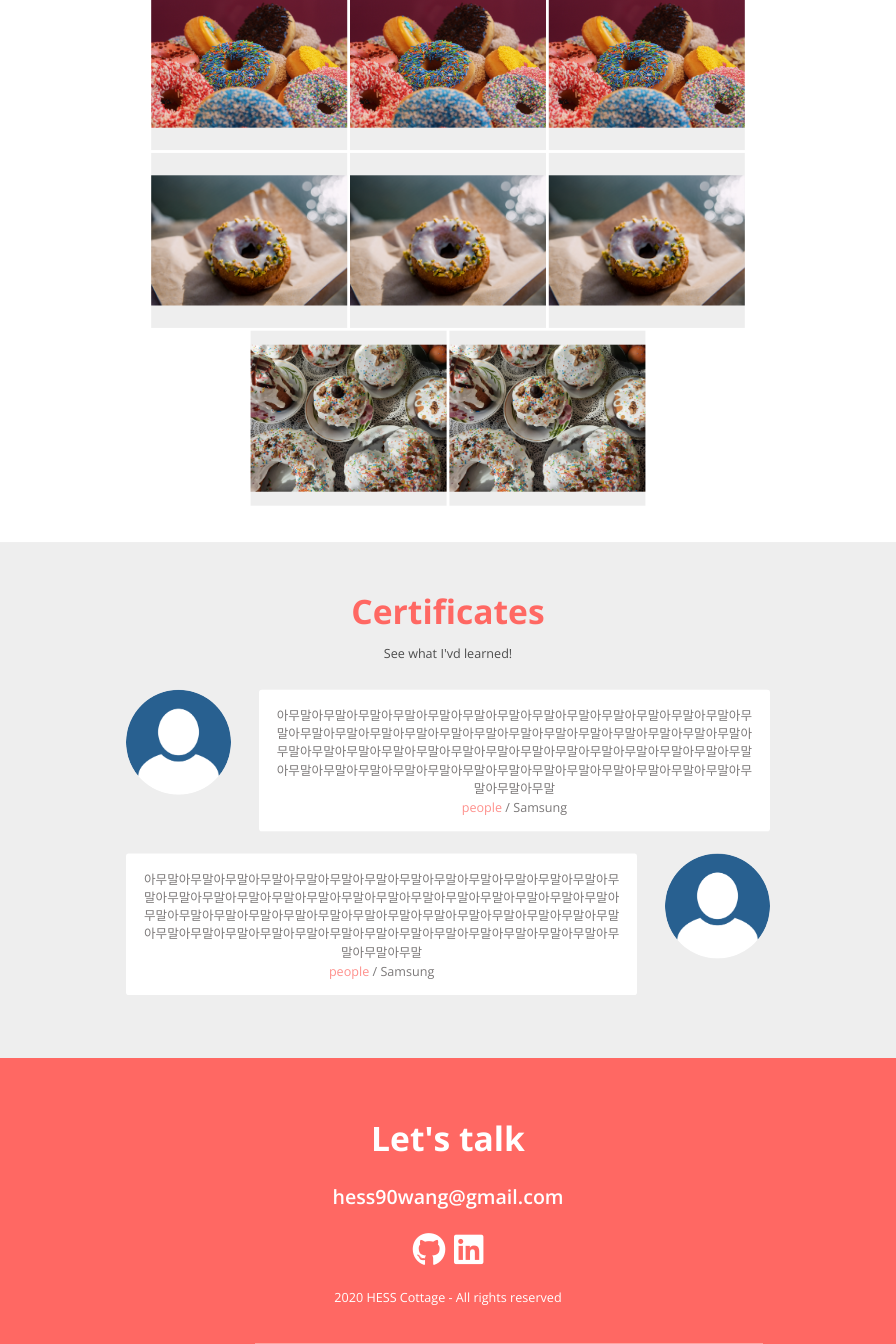
Repository: hesshess/Portfolio
Page: index.html
These files come from the project's save history. The page is drawn as it stood at one moment and after the next save; the edit follows.
The browser window is 1280 px wide. The pictures show the part of the page from y = 2638 to 4558 px (the page is 4558 px tall before and 4454 px after), at 70% of full size.
Some web libraries are served in a nearby version.

Above is the page before, as saved 2022-10-18 12:52:31.

### index.html
<!DOCTYPE html>
<html lang="en">
  <head>
    <meta charset="UTF-8" />
    <meta name="viewport" content="width=device-width, initial-scale=1.0" />
    <title>Hess's Portfolio</title>
    <meta
      name="description"
      content="Portfolio for world-renowed software engineer Hess"
    />
    <meta name="author" content="Hess" />
    <link rel="icon" type="image/png" href="imgs/favicon.png" />
    <script
      src="https://kit.fontawesome.com/1af2041847.js"
      crossorigin="anonymous"
    ></script>
    <link
      href="https://fonts.googleapis.com/css2?family=Amatic+SC:wght@400;700&family=Open+Sans:wght@400;600;700&display=swap"
      rel="stylesheet"
    />
    <link rel="stylesheet" href="style.css" />
    <script src="main.js" defer></script>
  </head>
  <body>
    <!-- Navbar -->
    <nav id="navbar">
      <div class="navbar__logo">
        <i class="fas fa-home"></i>
        <a href="#">Hess</a>
      </div>
      <div class="navbar__menu">
        <ul class="navbar__menu">
          <li class="navbar__menu__item active" data-link="#home">Home</li>
          <li class="navbar__menu__item" data-link="#about">About</li>
          <li class="navbar__menu__item" data-link="#skills">Skills</li>
          <li class="navbar__menu__item" data-link="#work">My Work</li>
          <li class="navbar__menu__item" data-link="#testimonials">
            Testimonial
          </li>
          <li class="navbar__menu__item" data-link="#contact">Contact</li>
        </ul>
      </div>
      <!-- Toggle button -->
      <button class="navbar__toggle-btn">
        <i class="fas fa-bars"></i>
      </button>
    </nav>
    <!-- Home -->
    <section id="home">
      <div class="home__container">
        <img
          src="imgs/profile.JPG"
          alt="Hess's profile Photo"
          class="home__avatar"
        />

        <h1 class="home__title">Hello, <br />I'm Hess</h1>
        <h2 class="home__description">
          A Softerware Engineer currently residing in Newry, Northern Ireland.
        </h2>
        <button class="home__contact" data-link="#contact">Contact Me</button>
      </div>
    </section>

    <!-- About -->

    <section id="about" class="section section__container">
      <h1>About me</h1>
      <p>Enthusiasic Fast Learner who's also interested in Back-end</p>
      <div class="about__majors">
        <div class="major">
          <div class="major__icon">
            <i class="fab fa-html5"></i>
          </div>
          <h2 class="major__title">Front-end</h2>
          <div class="major__description">
            HTML, CSS, JavaScript, TypeScript,<br />React,Vue, Web APIs
          </div>
        </div>
        <div class="major">
          <div class="major__icon">
            <i class="fas fa-mobile-alt"></i>
          </div>
          <h2 class="major__title">Mobile</h2>
          <div class="major__description">
            Android, iOS, React Native, Flutter,<br />Java, Swift, Kotlin
          </div>
        </div>
        <div class="major">
          <div class="major__icon">
            <i class="fas fa-server"></i>
          </div>
          <h2 class="major__title">Back-end</h2>
          <div class="major__description">
            Java, JavaScript, Go, NodeJS,<br />Rest APIs, GraphGL
          </div>
        </div>
      </div>
      <div class="about__jobs">
        <div class="job">
          <img
            src="imgs/jobs/city.png"
            alt="City Cuty Free"
            class="job__logo"
          />
          <div class="job__description">
            <p class="job__name">
              As a chasier, I worked at the Incheon International Airport.
            </p>
            <p class="job__period">2018 OCT - 2019 OCT</p>
          </div>
        </div>
        <div class="job">
          <img
            src="imgs/jobs/scenic.jpeg"
            alt="Scenic Hotel"
            class="job__logo"
          />
          <div class="job__description">
            <p class="job__name">
              As a housekeeper, I worked at the Scenic Hotel in New Zealand.
            </p>
            <p class="job__period">2017 NOV - 2018 MAY</p>
          </div>
        </div>
        <div class="job">
          <img
            src="imgs/jobs/bik.png"
            alt="BIK Kindergarten"
            class="job__logo"
          />
          <div class="job__description">
            <p class="job__name">
              As an asistance teacher, I helped out the children.
            </p>
            <p class="job__period">2016 SEP - 2017 June</p>
          </div>
        </div>
      </div>
    </section>

    <!-- Skills -->
    <section id="skills" class="section">
      <div class="section__container">
        <h1>Skills</h1>
        <h2>Skills & Attributes</h2>
        <p>
          Experience with all phases of the software life-cycle. Passion for
          learning new technologies. Capable of working within a team
          environment and independently. Ability to plan and time schedule, work
          under strict time pressure and adapt quickly when needed.
        </p>
        <div class="skillset">
          <div class="skillset__left">
            <h3 class="skillset__title">Skills</h3>
            <div class="skill">
              <div class="skill__description">
                <span>HTML</span>
                <span>99%</span>
              </div>
              <div class="skill__bar">
                <div class="skill__value" style="width: 99%"></div>
              </div>
            </div>
            <div class="skill">
              <div class="skill__description">
                <span>CSS</span>
                <span>89%</span>
              </div>
              <div class="skill__bar">
                <div class="skill__value" style="width: 89%"></div>
              </div>
            </div>
            <div class="skill">
              <div class="skill__description">
                <span>JavaScript</span>
                <span>79%</span>
              </div>
              <div class="skill__bar">
                <div class="skill__value" style="width: 79%"></div>
              </div>
            </div>
            <div class="skill">
              <div class="skill__description">
                <span>TypeScript</span>
                <span>69%</span>
              </div>
              <div class="skill__bar">
                <div class="skill__value" style="width: 69%"></div>
              </div>
            </div>
            <div class="skill">
              <div class="skill__description">
                <span>React</span>
                <span>59%</span>
              </div>
              <div class="skill__bar">
                <div class="skill__value" style="width: 59%"></div>
              </div>
            </div>
            <div class="skill">
              <div class="skill__description">
                <span>NodeJS</span>
                <span>49%</span>
              </div>
              <div class="skill__bar">
                <div class="skill__value" style="width: 49%"></div>
              </div>
            </div>
          </div>
          <div class="skillset__right">
            <div class="tools">
              <h3 class="skillset__title">Tools</h3>
              <ul class="tools__list">
                <li><span>Visual Studio Code</span></li>
                <li><span>Adobe Premiere Pro</span></li>
                <li><span>Apple Logic</span></li>
                <li><span>Apple Finalcut Pro</span></li>
                <li><span>Cinema 4d</span></li>
              </ul>
            </div>
            <div class="etc">
              <h3 class="skillset__title">Etc</h3>
              <ul class="etc__list">
                <li><span>Git</span></li>
                <li><span>Sing</span></li>
                <li><span>Dance</span></li>
              </ul>
            </div>
          </div>
        </div>
      </div>
    </section>
    <!-- Work -->
    <section id="work" class="section">
      <div class="section__container">
        <h1>My work</h1>
        <h3>Projects</h3>
        <div class="work__categories">
          <button class="category__btn active" data-filter="*">
            All<span class="category__count">8</span>
          </button>
          <button class="category__btn" data-filter="front-end">
            Front-end<span class="category__count">3</span>
          </button>
          <button class="category__btn" data-filter="back-end">
            Back-end<span class="category__count">3</span>
          </button>
          <button class="category__btn" data-filter="mobile">
            Mobile<span class="category__count">2</span>
          </button>
        </div>

        <div class="work__projects">
          <a
            href="깃허브링크"
            class="project"
            target="blank"
            data-type="front-end"
          >
            <img src="imgs/projects/1.jpg" alt="Youtube" class="project__img" />
            <div class="project__description">
              <h3>Youtube Site</h3>
              <span>Clone coding with HTML and CSS</span>
            </div>
          </a>
          <a
            href="깃허브링크"
            class="project"
            target="blank"
            data-type="front-end"
          >
            <img src="imgs/projects/1.jpg" alt="Youtube" class="project__img" />
            <div class="project__description">
              <h3>Youtube Site</h3>
              <span>Clone coding with HTML and CSS</span>
            </div>
          </a>
          <a
            href="깃허브링크"
            class="project"
            target="blank"
            data-type="front-end"
          >
            <img src="imgs/projects/1.jpg" alt="Youtube" class="project__img" />
            <div class="project__description">
              <h3>Youtube Site</h3>
              <span>Clone coding with HTML and CSS</span>
            </div>
          </a>
          <a
            href="깃허브링크"
            class="project"
            target="blank"
            data-type="back-end"
          >
            <img src="imgs/projects/2.jpg" alt="Youtube" class="project__img" />
            <div class="project__description">
              <h3>Youtube Site</h3>
              <span>Clone coding with HTML and CSS</span>
            </div>
          </a>
          <a
            href="깃허브링크"
            class="project"
            target="blank"
            data-type="back-end"
          >
            <img src="imgs/projects/2.jpg" alt="Youtube" class="project__img" />
            <div class="project__description">
              <h3>Youtube Site</h3>
              <span>Clone coding with HTML and CSS</span>
            </div>
          </a>
          <a
            href="깃허브링크"
            class="project"
            target="blank"
            data-type="back-end"
          >
            <img src="imgs/projects/2.jpg" alt="Youtube" class="project__img" />
            <div class="project__description">
              <h3>Youtube Site</h3>
              <span>Clone coding with HTML and CSS</span>
            </div>
          </a>
          <a
            href="깃허브링크"
            class="project"
            target="blank"
            data-type="mobile"
          >
            <img src="imgs/projects/3.jpg" alt="Youtube" class="project__img" />
            <div class="project__description">
              <h3>Youtube Site</h3>
              <span>Clone coding with HTML and CSS</span>
            </div>
          </a>
          <a
            href="깃허브링크"
            class="project"
            target="blank"
            data-type="mobile"
          >
            <img src="imgs/projects/3.jpg" alt="Youtube" class="project__img" />
            <div class="project__description">
              <h3>Youtube Site</h3>
              <span>Clone coding with HTML and CSS</span>
            </div>
          </a>
        </div>
      </div>
    </section>
    <!-- Testimonials -->
    <section id="testimonials" class="section">
      <div class="section__container">
        <h1>Certificates</h1>
        <h3>See what I'vd learned!</h3>
        <div class="testimonials">
          <div class="testimonial">
            <img
              src="imgs/testimonial/icon.png
            "
              alt="people"
              class="testimonial__avatar"
            />

            <div class="testimonial__speech-bubble">
              <p>
                아무말아무말아무말아무말아무말아무말아무말아무말아무말아무말아무말아무말아무말아무말아무말아무말아무말아무말아무말아무말아무말아무말아무말아무말아무말아무말아무말아무말아무말아무말아무말아무말아무말아무말아무말아무말아무말아무말아무말아무말아무말아무말아무말아무말아무말아무말아무말아무말아무말아무말아무말아무말아무말아무말아무말아무말아무말
              </p>
              <p class="name"><a href="">people</a> / Samsung</p>
            </div>
          </div>

          <div class="testimonial">
            <div class="testimonial__speech-bubble">
              <p>
                아무말아무말아무말아무말아무말아무말아무말아무말아무말아무말아무말아무말아무말아무말아무말아무말아무말아무말아무말아무말아무말아무말아무말아무말아무말아무말아무말아무말아무말아무말아무말아무말아무말아무말아무말아무말아무말아무말아무말아무말아무말아무말아무말아무말아무말아무말아무말아무말아무말아무말아무말아무말아무말아무말아무말아무말아무말
              </p>
              <p class="name"><a href="">people</a> / Samsung</p>
            </div>

            <img
              src="imgs/testimonial/icon.png
            "
              alt="people"
              class="testimonial__avatar"
            />
          </div>
        </div>
      </div>
    </section>
    <!-- Contact -->
    <section id="contact" class="section">
      <h1 class="contact__title">Let's talk</h1>
      <h2>
        <a href="mailto:hess90wang@gmail.com" class="contact__email"
          >hess90wang@gmail.com</a
        >
      </h2>
      <div class="contact__links">
        <a href="https://github.com/hesshess" target="_blank">
          <i class="fab fa-github"></i>
        </a>
        <a
          href="https://www.linkedin.com/in/hess-wang-294197254/"
          target="_blank"
        >
          <i class="fa fa-linkedin-square"></i
        ></a>
      </div>
      <p class="contact__rights">2020 HESS Cottage - All rights reserved</p>
    </section>

    <!-- Arrow up -->
    <button class="arrow-up">
      <i class="fas fa-arrow-up"></i>
    </button>
  </body>
</html>

Loaded but not shown: main.js (81 lines, source omitted); style.css (588 lines, source omitted)

After the next save:
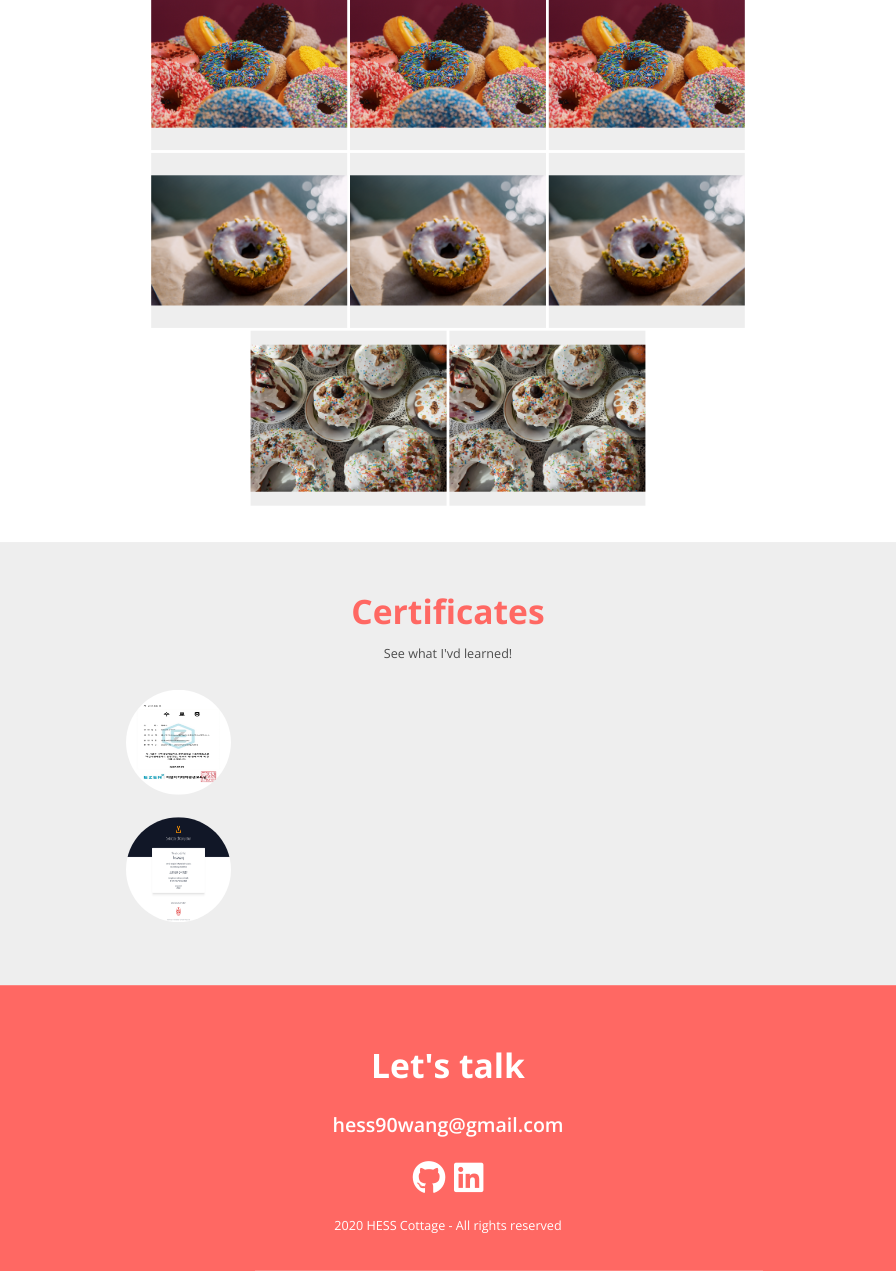
Saved 2 min 24 s later.
--- a/index.html
+++ b/index.html
@@ -359,32 +359,15 @@
         <div class="testimonials">
           <div class="testimonial">
             <img
-              src="imgs/testimonial/icon.png
+              src="imgs/testimonial/certificate1.jpg
             "
-              alt="people"
               class="testimonial__avatar"
             />
-
-            <div class="testimonial__speech-bubble">
-              <p>
-                아무말아무말아무말아무말아무말아무말아무말아무말아무말아무말아무말아무말아무말아무말아무말아무말아무말아무말아무말아무말아무말아무말아무말아무말아무말아무말아무말아무말아무말아무말아무말아무말아무말아무말아무말아무말아무말아무말아무말아무말아무말아무말아무말아무말아무말아무말아무말아무말아무말아무말아무말아무말아무말아무말아무말아무말아무말
-              </p>
-              <p class="name"><a href="">people</a> / Samsung</p>
-            </div>
           </div>
 
           <div class="testimonial">
-            <div class="testimonial__speech-bubble">
-              <p>
-                아무말아무말아무말아무말아무말아무말아무말아무말아무말아무말아무말아무말아무말아무말아무말아무말아무말아무말아무말아무말아무말아무말아무말아무말아무말아무말아무말아무말아무말아무말아무말아무말아무말아무말아무말아무말아무말아무말아무말아무말아무말아무말아무말아무말아무말아무말아무말아무말아무말아무말아무말아무말아무말아무말아무말아무말아무말
-              </p>
-              <p class="name"><a href="">people</a> / Samsung</p>
-            </div>
-
             <img
-              src="imgs/testimonial/icon.png
-            "
-              alt="people"
+              src="imgs/testimonial/nomad1.jpg"
               class="testimonial__avatar"
             />
           </div>
